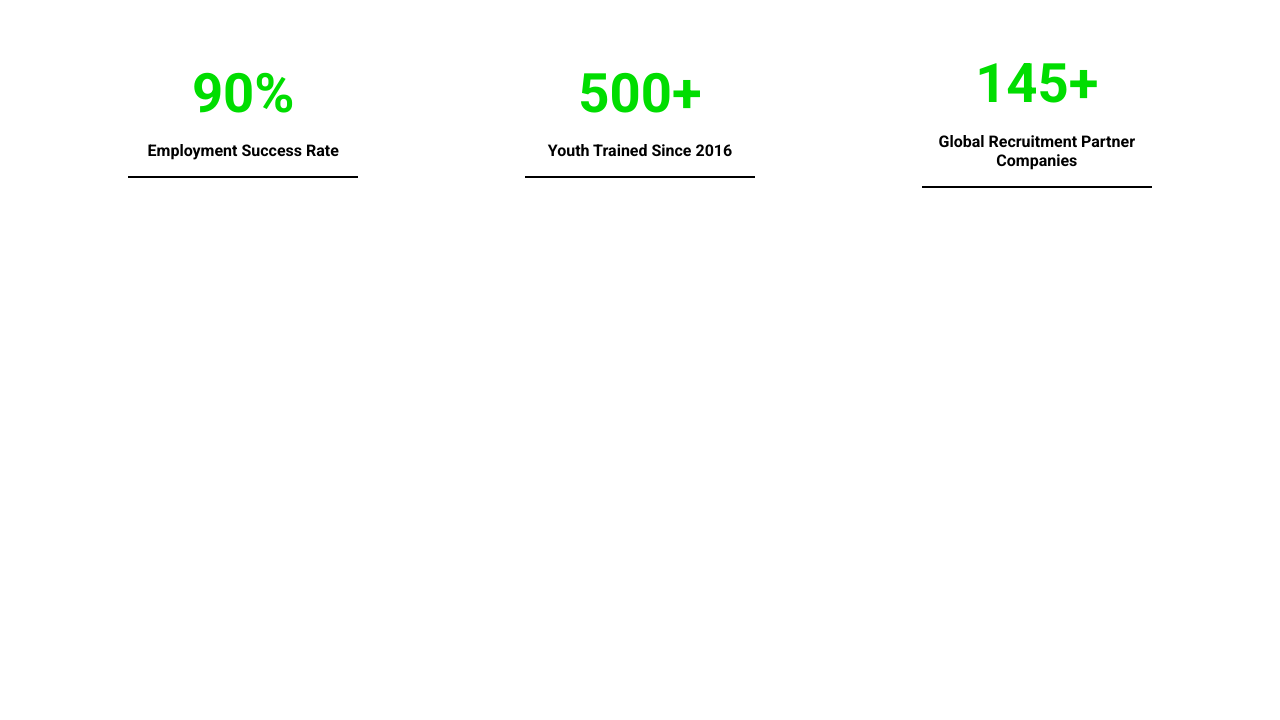
Repository: JeanPaulBassil/SE-Factory-Home-Page-Replica
Page: /
The author's editor kept a copy of each file at every save. The page is drawn from the files as they stood at one save, then again after the next save.
The browser window is 1280 px wide. The pictures show the part of the page from y = 756 to 1476 px (the page is 1476 px tall).
The project was rebuilt for these pictures with package versions that can differ from the ones it lists, and the page was loaded fresh each time. Also part of the build but not shown: src/Components/Hero/Hero.css.

Above is the page before, as saved 2023-02-25 14:24:14.

### public/index.html
<!DOCTYPE html>
<html lang="en">
  <head>
    <meta charset="utf-8" />
    <link rel="icon" href="%PUBLIC_URL%/favicon.ico" />
    <meta name="viewport" content="width=device-width, initial-scale=1" />
    <meta name="theme-color" content="#000000" />
    <meta
      name="description"
      content="Web site created using create-react-app"
    />
    <link rel="preconnect" href="https://fonts.googleapis.com" />
    <link rel="preconnect" href="https://fonts.gstatic.com" crossorigin />
    <link
      href="https://fonts.googleapis.com/css2?family=Roboto:wght@400;500;700&display=swap"
      rel="stylesheet"
    />
    <link rel="apple-touch-icon" href="%PUBLIC_URL%/logo192.png" />
    <link rel="manifest" href="%PUBLIC_URL%/manifest.json" />
    <title>React App</title>
  </head>
  <body>
    <noscript>You need to enable JavaScript to run this app.</noscript>
    <div id="root"></div>
  </body>
</html>

### src/index.js
import './index.css'
import React from 'react';
import ReactDOM from 'react-dom/client';
import App from './App';

const root = ReactDOM.createRoot(document.getElementById('root'));
root.render(
  <App/>
);

### src/index.css
* {
    margin: 0;
    padding: 0;
    box-sizing: border-box;
}

body {
    color: white;
    font-family: 'Roboto', sans-serif;
}

### src/App.js
import Header from "./Components/Header/Header"
import Hero from "./Components/Hero/Hero"

export default function App(params) {
    return (
        <div className="app">
            <Header />
            <Hero />
        </div>
    )
};

### src/Components/Header/Header.js
import './Header.css';
import Navbar from '../Navbar/Navbar'
import HeaderContent from '../HeaderContent/HeaderContent'

export default function Header(params) {
    return (
        <header className="header">
            <Navbar />
            <HeaderContent/>
        </header>
    )
};

### src/Components/Hero/Hero.js
import Stats from "../Stats/Stats"
import './Hero.css'

export default function Hero(params) {
    return(
        <div className="hero">
            <Stats/>
        </div>
    )
};

### src/Components/Header/Header.css
.header {
    background-color: rgba(0, 0, 0, .5);
    background-image: url("https://images.squarespace-cdn.com/content/v1/5e4442200ffeee35974d1060/1586049970296-14DH7UEP2UWJREIELJ3K/IMG_9780.JPG?format=2500w");
    width: auto;
    height: 105vh;
    background-size: cover;
    background-blend-mode: multiply;
    background-repeat: no-repeat;
    background-position-y: -100px;
}

### src/Components/Navbar/Navbar.js
import './Navbar.css'
import Links from '../Links/Links'

export default function Navbar(params) {
    return (
        <div className="navbar">
            <img src="https://images.squarespace-cdn.com/content/v1/5e4442200ffeee35974d1060/f4e4a30d-4b0d-4e5f-a2e8-4e2da9234088/SE-Grey-Icon-RGB-01+copy.png?format=1500w" alt="SE Factory"/>
            <Links/>
        </div>
    )
};

### src/Components/HeaderContent/HeaderContent.js
import './HeaderContent.css'

export default function HeaderContent(params) {
    return (
        <div className="header-content">
            <h1>
            <strong>Empowering youth</strong>
            <br/>
            with tech jobs
            </h1>
            <p>SE Factory's top-ranked training programs graduate <br/>tech professionals working for companies all over<br/>the world.</p>
            <button>Learn More</button>
        </div>
    )
};

### src/Components/Stats/Stats.js
import Stat from '../stat/stat'
import './Stats.css'

export default function Stats(params) {
    const data = [{
        number: '90%',
        text: 'Employment Success Rate'
    },
    {
        number: '500+',
        text: 'Youth Trained Since 2016'
    },
    {
        number: '145+',
        text: 'Global Recruitment Partner Companies'
    }]
    const stats = data.map(part => {
        return (
            <Stat number={part.number} text={part.text}/>
        )
    })
    return(
        <div className="stats">
            <div className='stats-grid1'>
                {stats}
            </div>
            <div className='stats-grid2'>

            </div>
        </div>
    )
};

### src/Components/Navbar/Navbar.css
.navbar {
    margin: auto;
    height: 130px;
    width: 90%;
    padding: 10px;
    display: flex;
    justify-content: space-between;
    align-items: center;
}

.navbar > img {
    height: 80px;
    width: 80px;
}

### src/Components/Links/Links.js

import React from "react";
import './Links.css'

export default function Links({type}) {
  const mainNames = ["Home", "Get Trained", "Hire Talent", "FAQs", "Blog", "About Us", "Contact", "Apply Now"];
  const applyNames = ["Full Stack Web Development", "Foundations of Computer Science"];

  if (type === 'Apply') {
    const applyLinks = applyNames.map(name => {
        return(
                <a href="./">{name}</a>
        )
    })
    return (
        <ul className="dropdown-content">
          {applyLinks}
        </ul>
    )
  } else {
    const mainLinks = mainNames.map(name => {
      if (name === 'Apply Now'){
        return(
          <li key={name} className="dropdown">
              <button class="dropbtn">Apply Now</button>
              <Links type="Apply"/>

          </li>
        )
      } else {
        return (
          <li key={name}>
            <a href={`#${name}`}>
              {name}
            </a>
          </li>
        )
      }
    });

    return (
      <nav >
        <ul className="nav">
          {mainLinks}
        </ul>
      </nav>
    )
  }
};

### src/Components/HeaderContent/HeaderContent.css
.header-content > h1 {
    font-size: calc(3.5 * 1rem);
    line-height: calc(1.3 * (1 + (1 - 3.5)/25))
}

.header-content{
    position: absolute;
    bottom: 0;
    display: flex;
    flex-direction: column;
    justify-content: space-between;
    margin-left: 70px;
    height: 50vh;
}

.header-content > p{
    margin: 1rem 0;
    font-size: calc((1.6 - 1) * 1.2vw + 1rem)
}

.header-content > button {
    width: 133px;
    height: 50px;
    background-color: #0d0;
    color: white;
    border: none;
    border-radius: 10px;
    font-weight: 800;
    font-size: 16px;
}

### src/Components/stat/stat.js
import "./stat.css"

export default function stat({number, text}) {
    return(
        <div className="stat">
            <h1>{number}</h1>
            <p><strong>{text}</strong></p>
        </div>
    )
};

### src/Components/Stats/Stats.css
.stats {
    background-color: white;
    height: 100vh;
    display: grid;
    grid-template-rows: 1fr 2fr;
    color: black;
    width: 80vw;
    margin: auto;
}

.stats-grid1 {
    display: flex;
    justify-content: space-between;
    align-items: center;
}

### src/Components/Links/Links.css
.nav{
    display: flex;
    flex-direction: row;
    list-style-type: none;
    align-items: center;
    justify-content: center;
    font-weight: 600;
}
.nav > li:nth-of-type(1){
    border-bottom: 1px solid white;
    padding-bottom: 10px;
    align-self: flex-end;
}

li {
    margin-right: 30px;
}

a {
    text-decoration: none;
    color: white;
}


.dropdown {
    position: relative;
    display: inline-block;
  }

.dropbtn {
background-color: #0d0;
padding: 10px;
font-size: 16px;
border: none;
cursor: pointer;
color: white;
border-radius: 5px
}

.dropdown-content {
display: none;
position: absolute;
z-index: 1;
background-color: #fff;
min-width: 160px;
width: 300px;
box-shadow: 0px 8px 16px 0px rgba(0,0,0,0.2);
left: auto;
right: 0;
}

.dropdown-content a {
color: #333;
padding: 12px 16px;
text-decoration: none;
display: block;
}


.dropdown-content a:hover {
background-color: #f1f1f1;
}

.dropdown:hover > .dropdown-content {
display: block;
}

.dropbtn:focus {
outline: none;
}

### src/Components/stat/stat.css
.stat{
    display: flex;
    flex-direction: column;
    align-items: center;
    justify-content: space-between;
    width: 18vw;
    text-align: center;
    border-bottom: 2px solid black;
}

.stat > h1 {
    color: #0d0;
    font-size: calc((3.5 - 1) * 1.2vw + 1rem);
    line-height: calc(1.3 * (1 + (1 - 3.5)/25));
}

.stat > p {
    color: black;
    margin: 1rem;
    margin-bottom: 3rem
    font-size: calc((1.6 - 1) * 1.2vw + 1rem);
}

Loaded but not shown: src/Components/Hero/Hero.css (no copy from this time; the picture is the same without it)

After the next save:
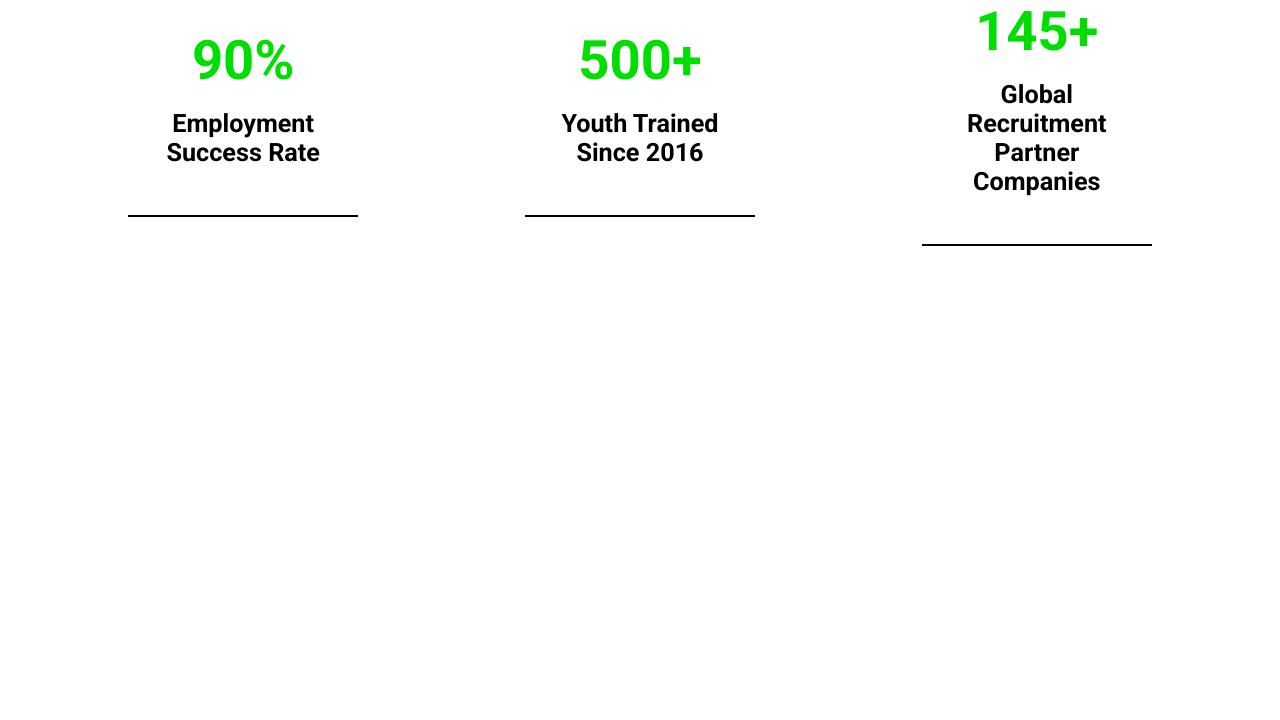
Saved 3 s later.
--- a/src/Components/stat/stat.css
+++ b/src/Components/stat/stat.css
@@ -17,6 +17,6 @@
 .stat > p {
     color: black;
     margin: 1rem;
-    margin-bottom: 3rem
+    margin-bottom: 3rem;
     font-size: calc((1.6 - 1) * 1.2vw + 1rem);
 }
